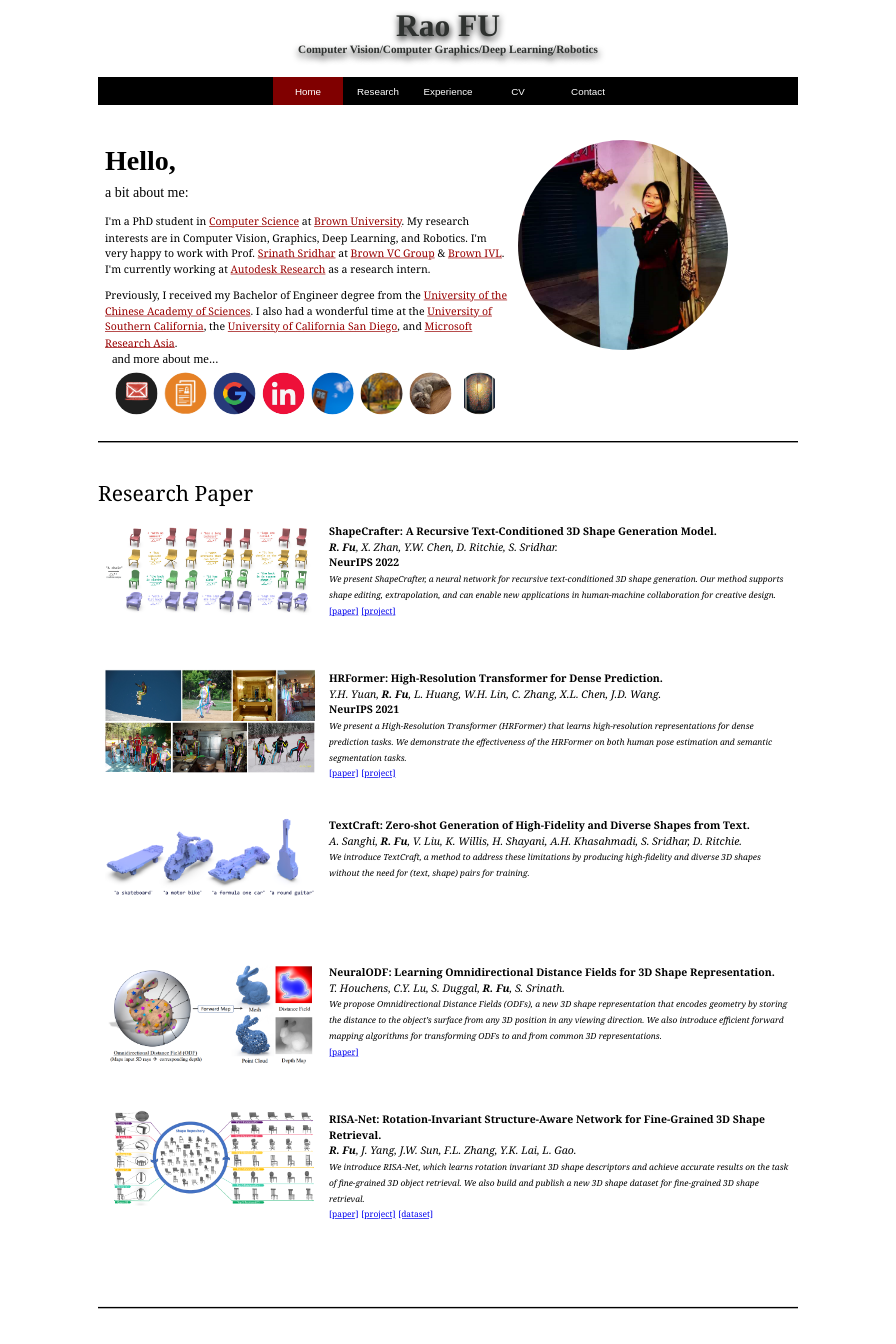
Repository: XinyangHan/XinyangHan.github.io
Page: index.html
These files come from the project's save history. The page is drawn as it stood at one moment and after the next save; the edit follows.
The browser window is 1280 px wide. The pictures show the part of the page from y = 0 to 1920 px (the page is 4103 px tall), at 70% of full size.

Above is the page before, as saved 2022-10-14 09:53:08.

After the next save:
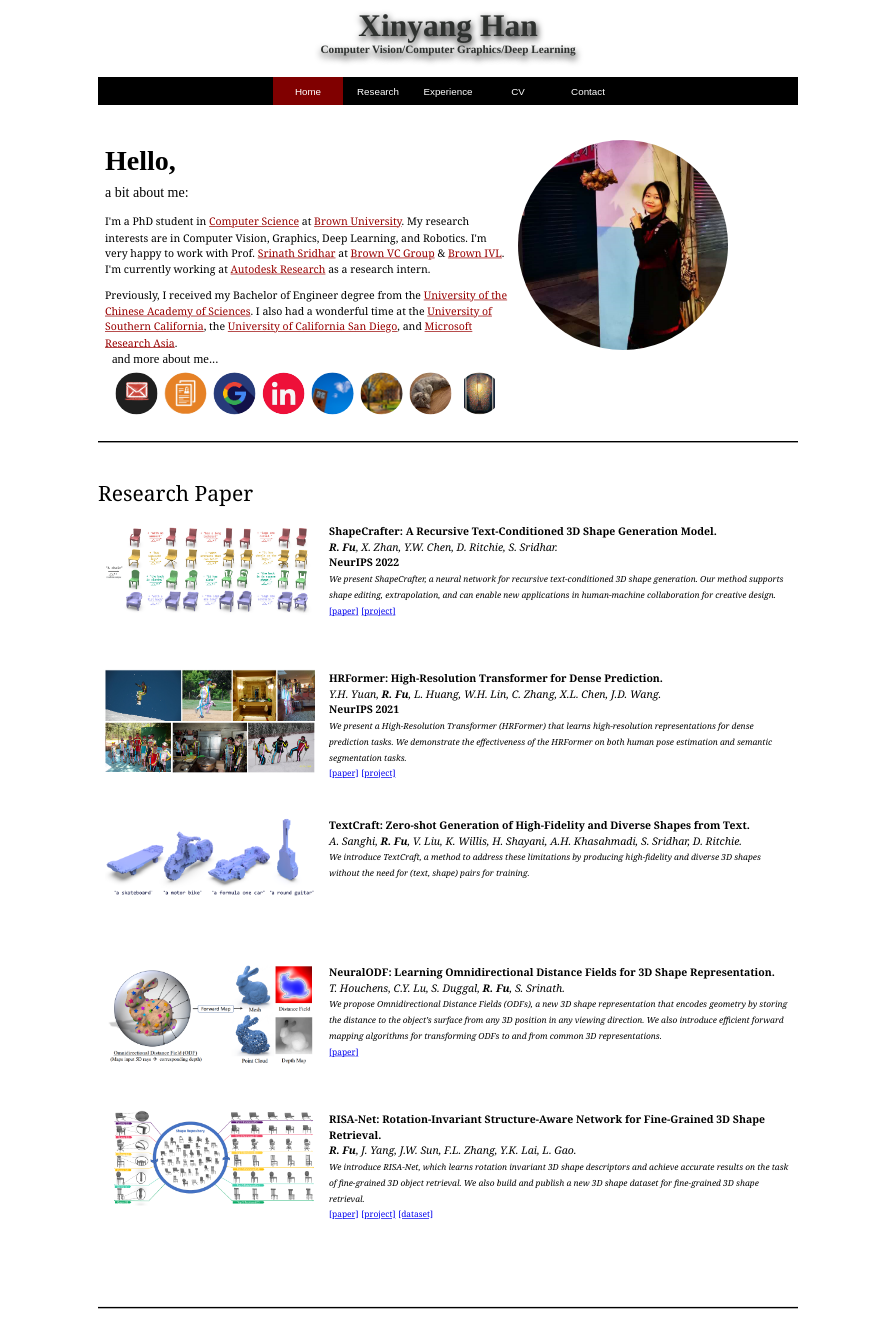
Saved 120 days later.
--- a/index.html
+++ b/index.html
@@ -18,8 +18,8 @@
 <body>
 <!-------------------------------------------------- Header -------------------------------------------------->
 <div id="header">
-	<h1> Rao FU </h1>
-	<h2>Computer Vision/Computer Graphics/Deep Learning/Robotics</h2>
+	<h1> Xinyang Han </h1>
+	<h2>Computer Vision/Computer Graphics/Deep Learning</h2>
 </div><!-- Header -->
 
 <!-------------------------------------------------- Navbar -------------------------------------------------->
